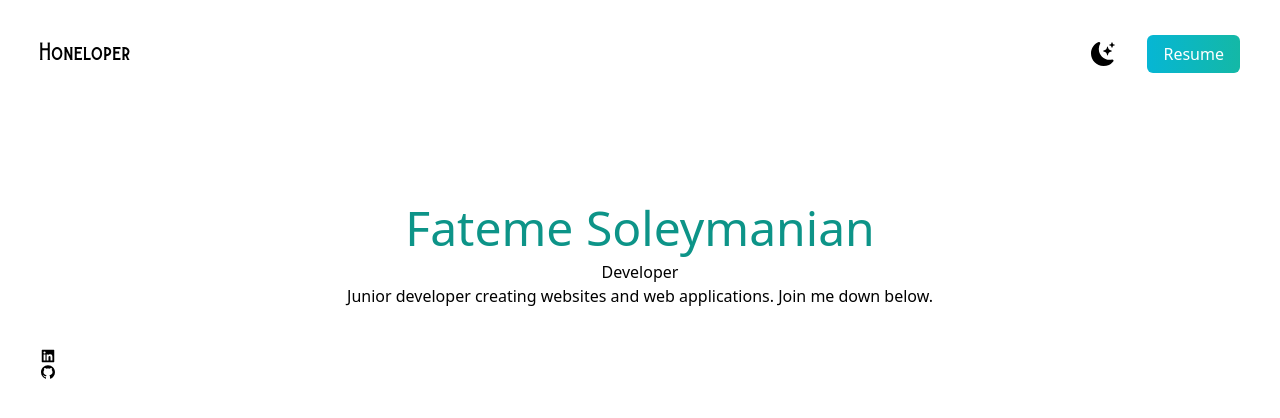
Repository: fatemesoleymanian/portfolio
Page: /
An editor plug-in stored every save of this project. The page is shown before and after the next save, followed by the edit.
The browser window is 1280 px wide. The pictures show the whole page.
The project was rebuilt for these pictures with package versions that can differ from the ones it lists, and the page was loaded fresh each time. The framework's server and built-in components were replaced by stand-ins that run in the browser. Also part of the build but not shown: next.config.js.

Above is the page before, as saved 2023-03-10 14:22:06.

### pages/index.js
import Head from 'next/head'
import {BsFillMoonStarsFill} from 'react-icons/bs'
import {AiFillLinkedin , AiFillGithub} from 'react-icons/ai'
export default function Home() {
  return (
    <>
      <Head>
        <title>My Portfolio</title>
        <meta name="description" content="Generated by create next app" />
        <meta name="viewport" content="width=device-width, initial-scale=1" />
        <link rel="icon" href="/favicon.ico" />
      </Head>
      <main className='bg-white px-10'>
       <section className="min-h-screen">
          <nav className='py-10 mb-12 flex justify-between'>
          <h1 className='text-xl font-burtons'>Honeloper</h1>
            <ul className='flex items-center'>
              <li>
                <BsFillMoonStarsFill className='cursor-pointer text-2xl'/>
              </li>
              <li>
                <a className="bg-gradient-to-r from-cyan-500 to-teal-500 text-white px-4 py-2 rounded-md ml-8"
                href="https://jobvision.ir/cv/97158940-111758">Resume</a>
              </li>
            </ul>
          </nav>
          <div className='text-center p-10'>
            <h2 className='text-5xl py-2 text-teal-600'>Fateme Soleymanian</h2>
            <h3>Developer</h3>
            <p>Junior developer creating websites and web applications. Join me down below.</p>
          </div>
          <div>
            <a href="https://www.linkedin.com/in/fateme-soleymanian-b2713a225">
            <AiFillLinkedin />  </a>
           <a href="https://github.com/fatemesoleymanian">
           <AiFillGithub />
           </a>
          </div>
        </section>
      </main>
    </>
  )
}

### styles/globals.css
@tailwind base;
@tailwind components;
@tailwind utilities;
:root {
  --max-width: 1100px;
  --border-radius: 12px;
  --font-mono: ui-monospace, Menlo, Monaco, 'Cascadia Mono', 'Segoe UI Mono',
    'Roboto Mono', 'Oxygen Mono', 'Ubuntu Monospace', 'Source Code Pro',
    'Fira Mono', 'Droid Sans Mono', 'Courier New', monospace;

  --foreground-rgb: 0, 0, 0;
  --background-start-rgb: 214, 219, 220;
  --background-end-rgb: 255, 255, 255;

  --primary-glow: conic-gradient(
    from 180deg at 50% 50%,
    #16abff33 0deg,
    #0885ff33 55deg,
    #54d6ff33 120deg,
    #0071ff33 160deg,
    transparent 360deg
  );
  --secondary-glow: radial-gradient(
    rgba(255, 255, 255, 1),
    rgba(255, 255, 255, 0)
  );

  --tile-start-rgb: 239, 245, 249;
  --tile-end-rgb: 228, 232, 233;
  --tile-border: conic-gradient(
    #00000080,
    #00000040,
    #00000030,
    #00000020,
    #00000010,
    #00000010,
    #00000080
  );

  --callout-rgb: 238, 240, 241;
  --callout-border-rgb: 172, 175, 176;
  --card-rgb: 180, 185, 188;
  --card-border-rgb: 131, 134, 135;
}

@media (prefers-color-scheme: dark) {
  :root {
    --foreground-rgb: 255, 255, 255;
    --background-start-rgb: 0, 0, 0;
    --background-end-rgb: 0, 0, 0;

    --primary-glow: radial-gradient(rgba(1, 65, 255, 0.4), rgba(1, 65, 255, 0));
    --secondary-glow: linear-gradient(
      to bottom right,
      rgba(1, 65, 255, 0),
      rgba(1, 65, 255, 0),
      rgba(1, 65, 255, 0.3)
    );

    --tile-start-rgb: 2, 13, 46;
    --tile-end-rgb: 2, 5, 19;
    --tile-border: conic-gradient(
      #ffffff80,
      #ffffff40,
      #ffffff30,
      #ffffff20,
      #ffffff10,
      #ffffff10,
      #ffffff80
    );

    --callout-rgb: 20, 20, 20;
    --callout-border-rgb: 108, 108, 108;
    --card-rgb: 100, 100, 100;
    --card-border-rgb: 200, 200, 200;
  }
}

* {
  box-sizing: border-box;
  padding: 0;
  margin: 0;
}

html,
body {
  max-width: 100vw;
  overflow-x: hidden;
}

body {
  color: rgb(var(--foreground-rgb));
  background: linear-gradient(
      to bottom,
      transparent,
      rgb(var(--background-end-rgb))
    )
    rgb(var(--background-start-rgb));
}

a {
  color: inherit;
  text-decoration: none;
}

@font-face {
  font-family: "burtons";
  src: url('../public/Burtons.otf');
}

### tailwind.config.js
/** @type {import('tailwindcss').Config} */
module.exports = {
  content: [
    "./app/**/*.{js,ts,jsx,tsx}",
    "./pages/**/*.{js,ts,jsx,tsx}",
    "./components/**/*.{js,ts,jsx,tsx}",

  ],
  theme: {
    extend: {
      fontFamily:{
        burtons: "burtons",
      }
    },
  },
  plugins: [],
}

Loaded but not shown: pages/_app.js (common file); pages/_document.js (common file)

After the next save:
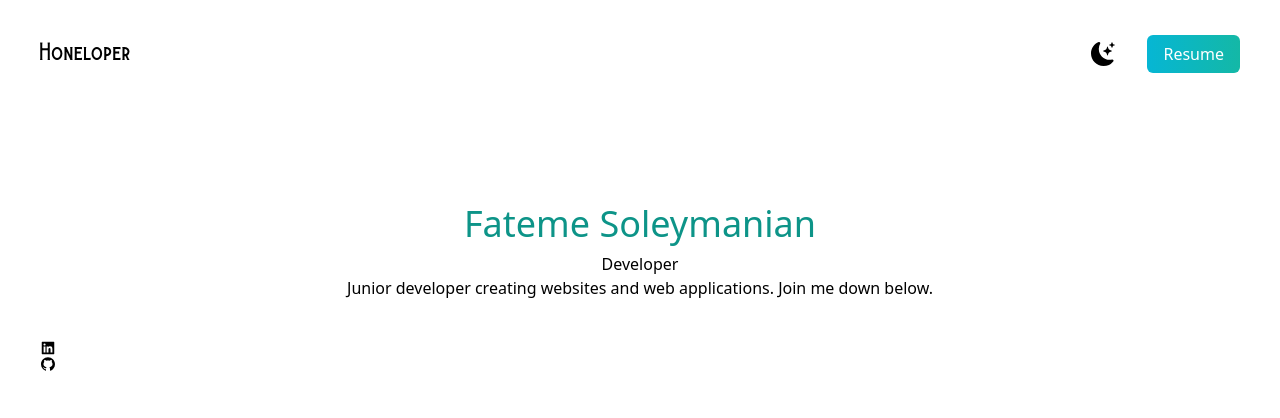
Saved 9 s later.
--- a/pages/index.js
+++ b/pages/index.js
@@ -25,7 +25,7 @@ export default function Home() {
             </ul>
           </nav>
           <div className='text-center p-10'>
-            <h2 className='text-5xl py-2 text-teal-600'>Fateme Soleymanian</h2>
+            <h2 className='text-4xl py-2 text-teal-600'>Fateme Soleymanian</h2>
             <h3>Developer</h3>
             <p>Junior developer creating websites and web applications. Join me down below.</p>
           </div>
